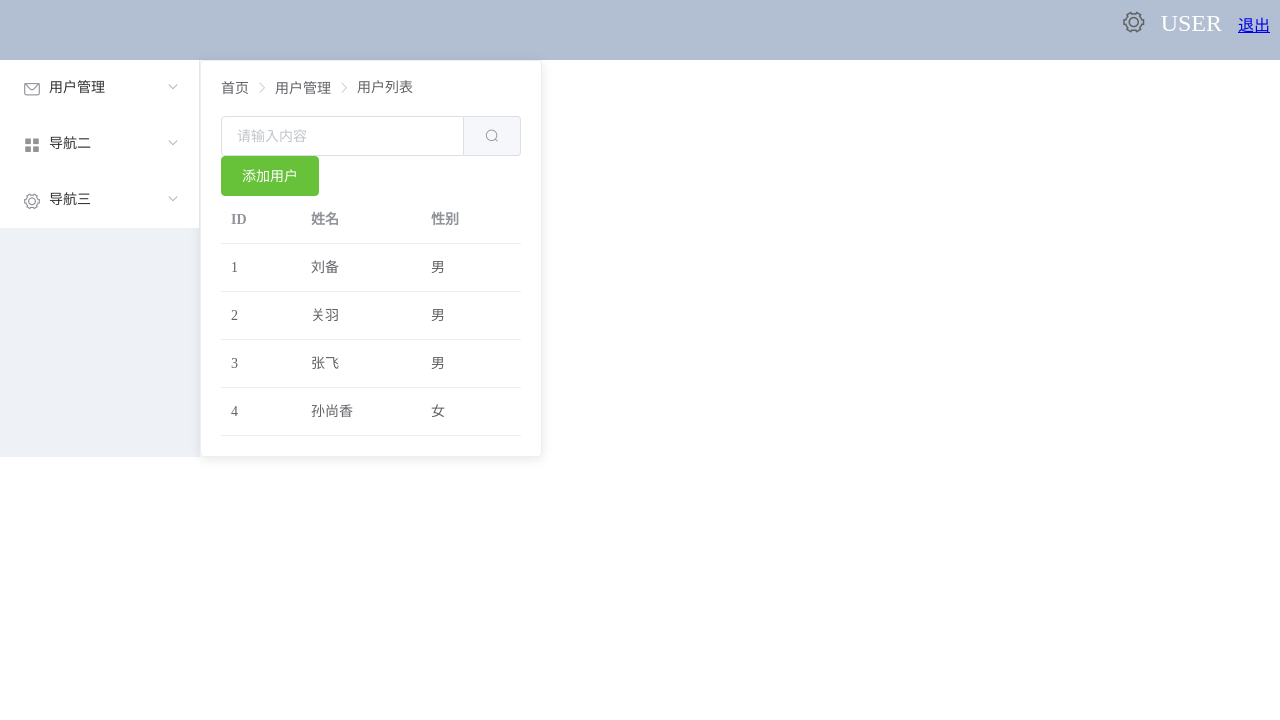
Repository: euphor1azzy/testlist
Page: /#/users (app in list/)
An editor plug-in stored every save of this project. The page is shown before and after the next save, followed by the edit.
The browser window is 1280 px wide. The pictures show the whole page.
The project was rebuilt for these pictures with package versions that can differ from the ones it lists, and the page was loaded fresh each time. Requests to the local data server were answered from the project's data file. Also part of the build but not shown: list/src/utils/validate.js, list/src/views/login/login.vue.

Above is the page before, as saved 2020-08-27 14:32:55.

After the next save:
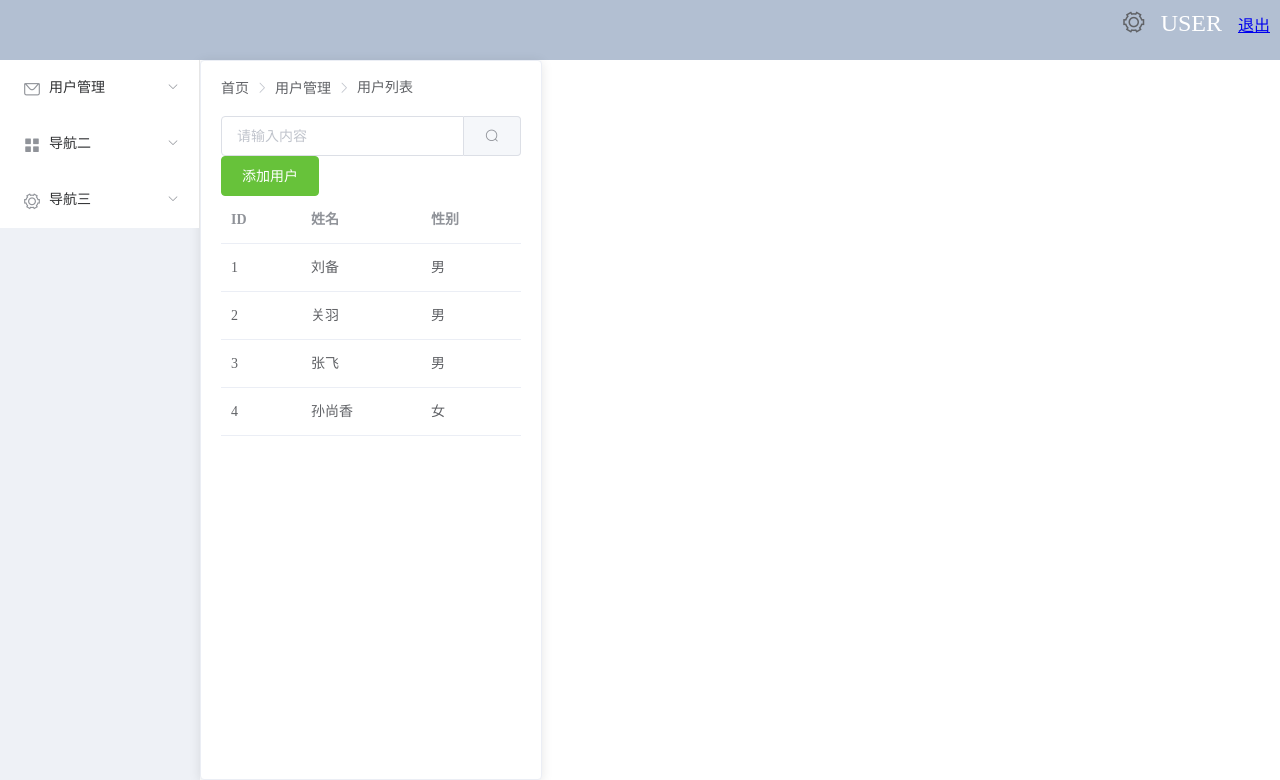
Saved 8 min 47 s later.
--- a/list/src/views/home.vue
+++ b/list/src/views/home.vue
@@ -36,7 +36,7 @@ export default {
 
 <style>
 .con {
-  /* height: 100%; */
+  height: 100%;
   display: flex;
   flex: auto;
   flex-flow: row wrap;
